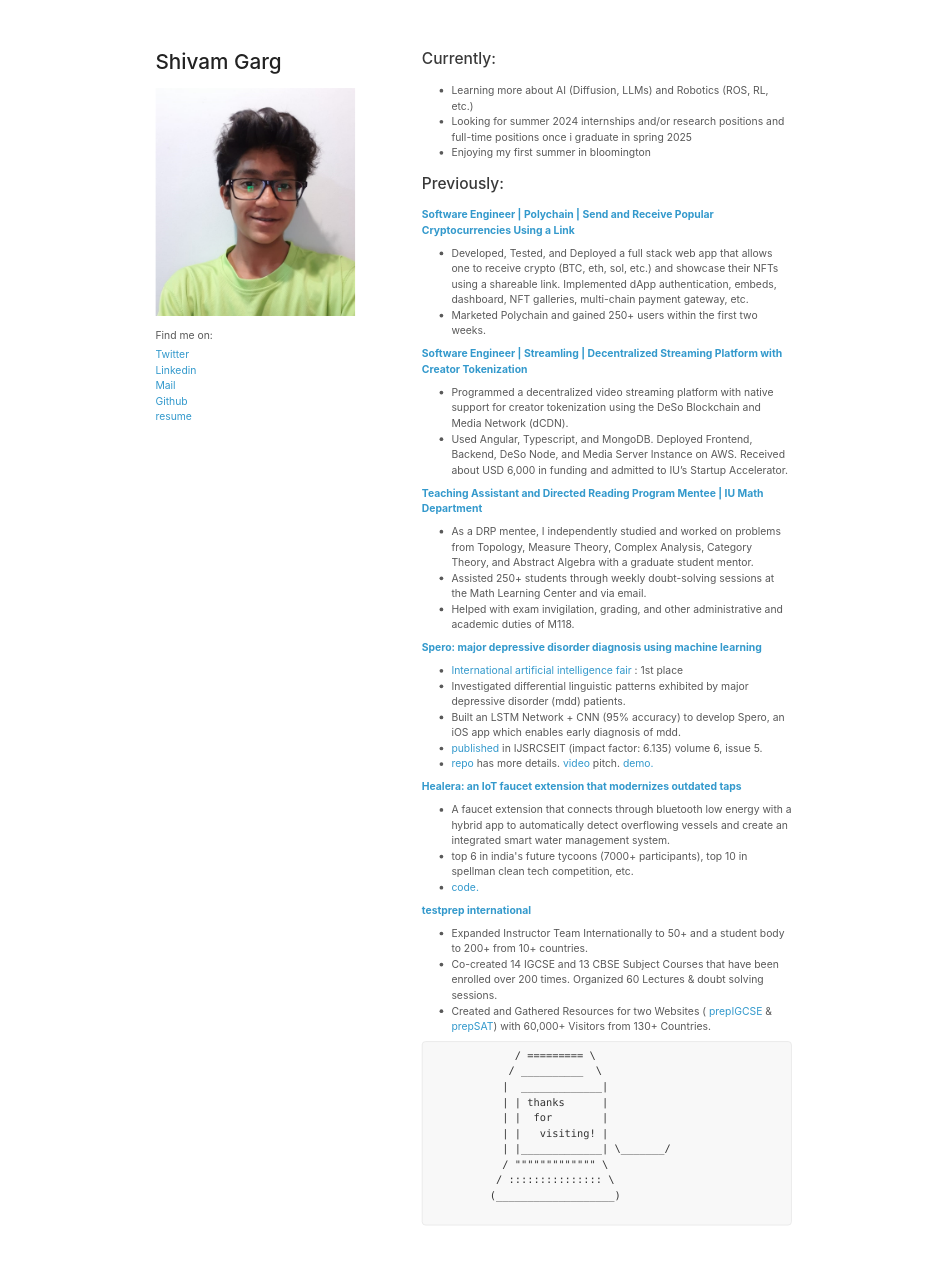
Repository: 22shivam/22shivam.github.io
Page: index.html
An editor plug-in stored every save of this project. The page is shown before and after the next save, followed by the edit.
The browser window is 1280 px wide. The pictures show the whole page, at 74% of full size.

Above is the page before, as saved 2024-06-17 19:22:11.

After the next save:
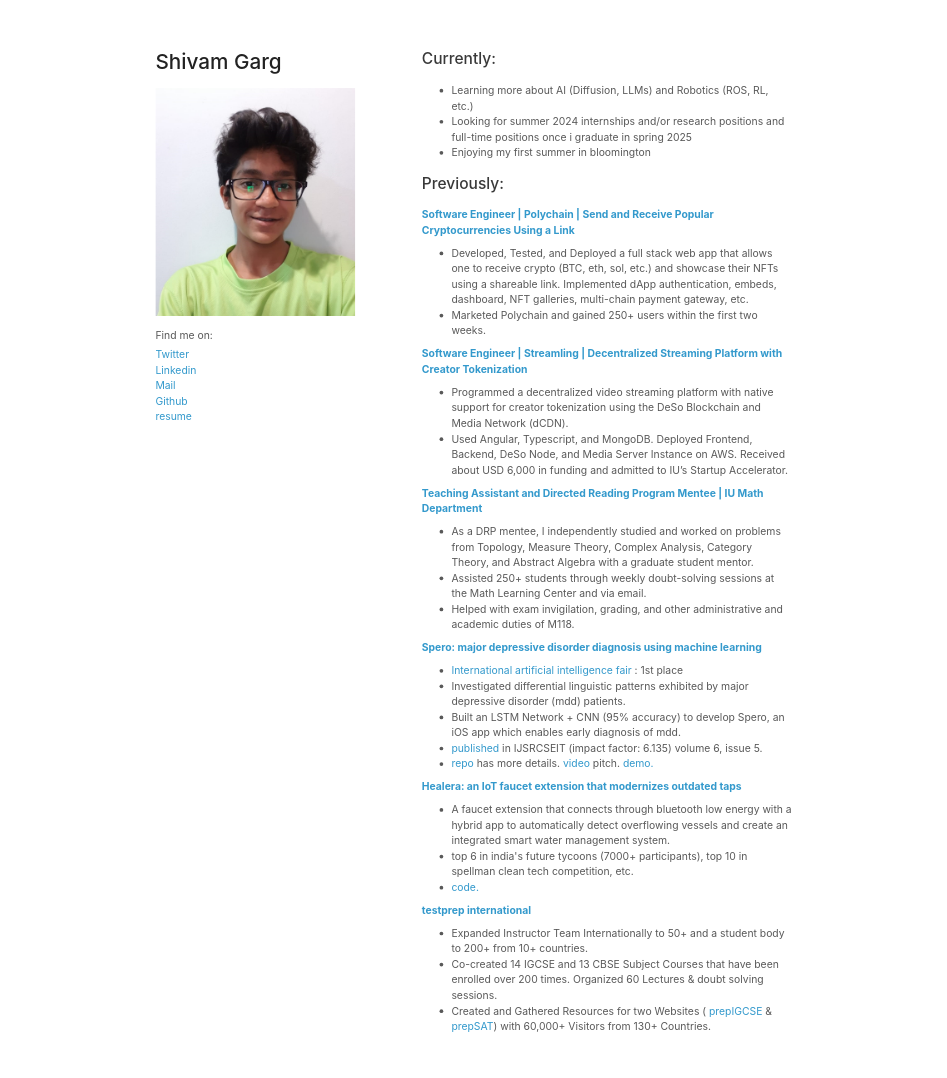
Saved 30 s later.
--- a/index.html
+++ b/index.html
@@ -167,21 +167,6 @@
             <li>feature 3:</li>
           </ul> -->
 
-
-
-
-      <pre>
-             / ========= \
-            / __________  \
-           |  _____________|
-           | | thanks      |
-           | |  for        |
-           | |   visiting! |
-           | |_____________| \_______/
-           / """"""""""""" \
-          / ::::::::::::::: \
-         (___________________)
-        </pre>
     </section>
     <footer>
       <!-- <p><small>Last Updated: August 21, 2021</small></p> -->
